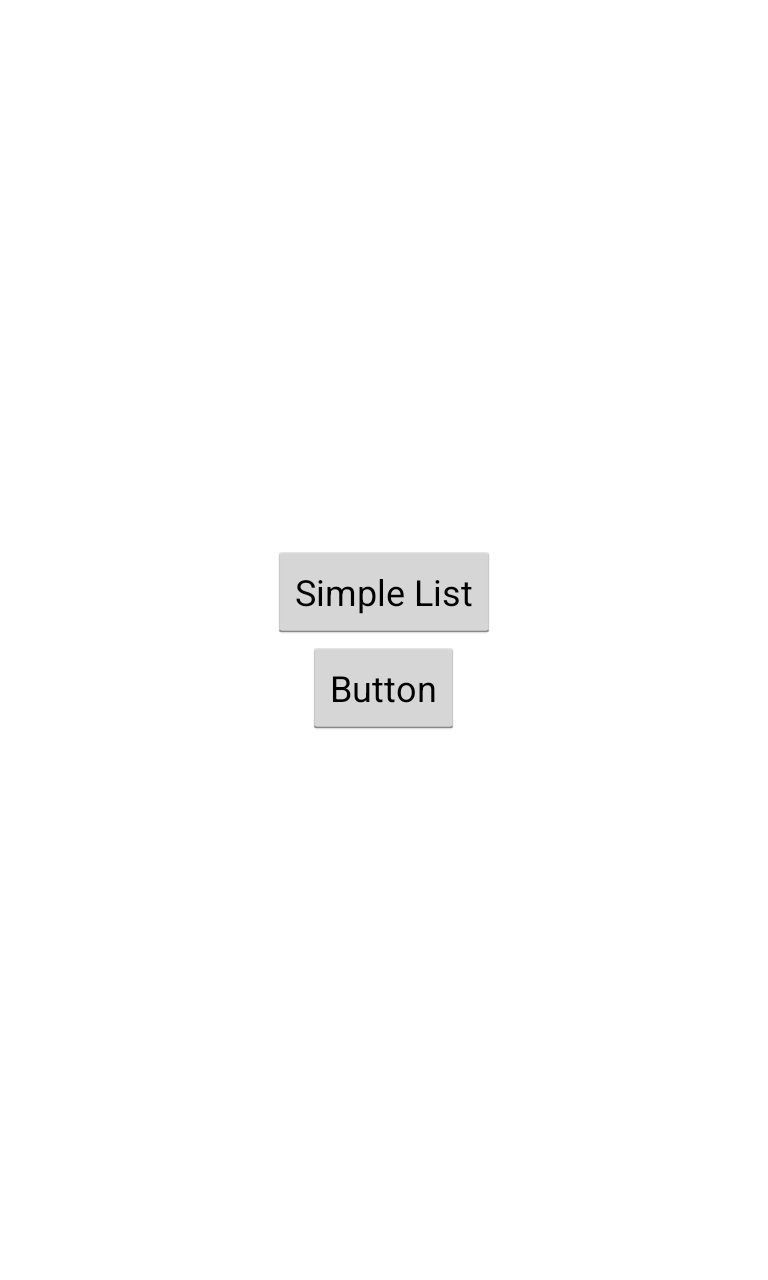
Repository: lcbasu/android
Layout: Example Projects/Code-Learn-Android-Example-master/CodeLearnListExample/res/layout/codelearn_list_home.xml
The author's editor kept a copy of each file at every save. The layout is drawn from the files as they stood at one save, then again after the next save.
It is drawn on a 768 x 1280 px phone screen (xhdpi) without system bars, with theme AppTheme; the app's code is not run.

Above is the layout before, as saved 2013-12-11 18:49:51.

After the next save:
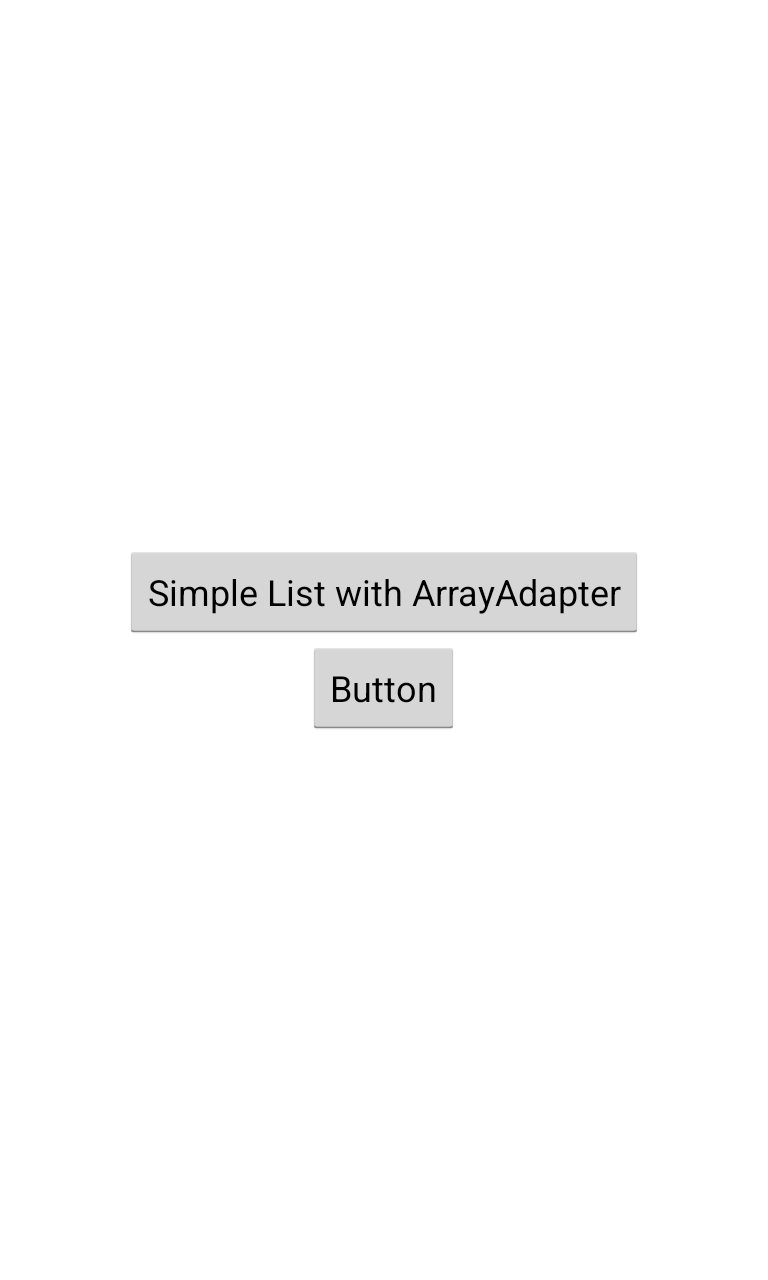
Saved 12 s later.
--- a/Example Projects/Code-Learn-Android-Example-master/CodeLearnListExample/res/layout/codelearn_list_home.xml
+++ b/Example Projects/Code-Learn-Android-Example-master/CodeLearnListExample/res/layout/codelearn_list_home.xml
@@ -9,7 +9,7 @@
         android:id="@+id/button1"
         android:layout_width="wrap_content"
         android:layout_height="wrap_content"
-        android:text="Simple List" />
+        android:text="Simple List with ArrayAdapter" />
 
     <Button
         android:id="@+id/button2"
